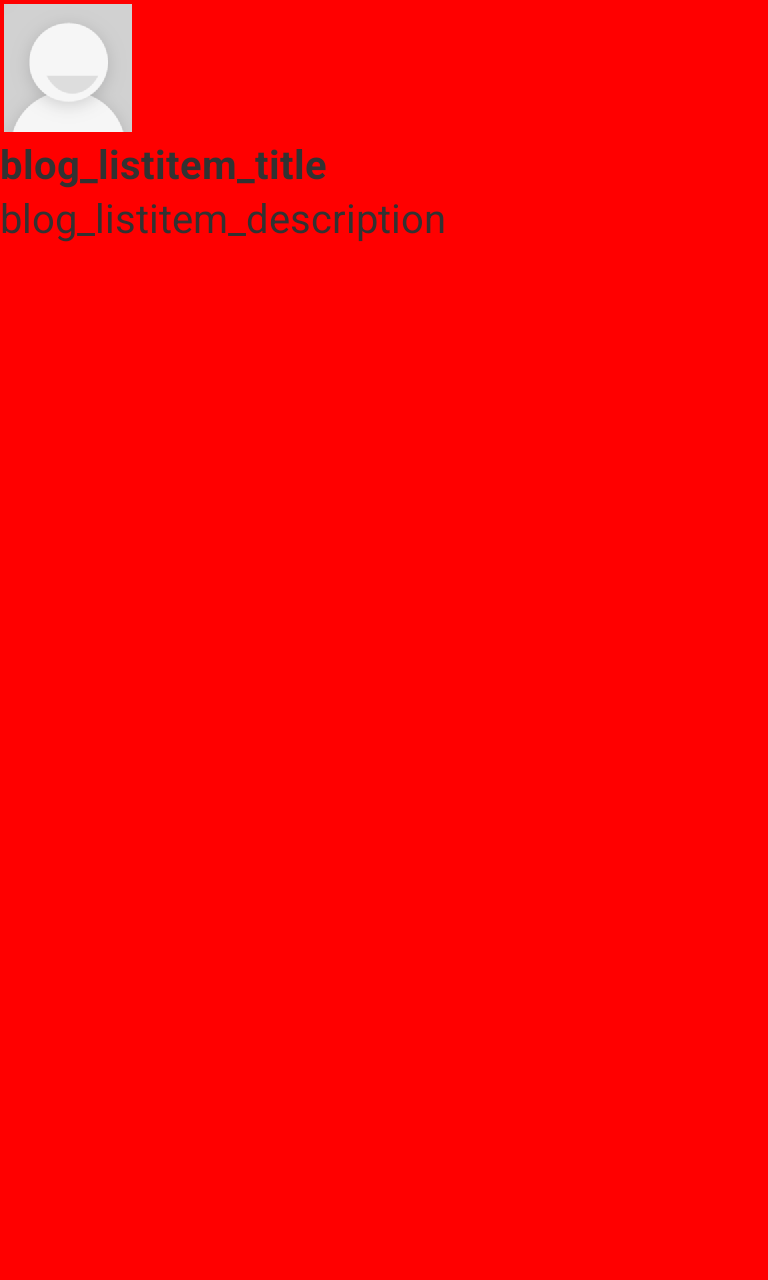
Repository: DeKaaskop/Android_1
Layout: Blogger_Inholland/res/layout/blog_listitem.xml
These files come from the project's save history. The layout is drawn as it stood at one moment and after a run of saves; the edit follows.
It is drawn on a 768 x 1280 px phone screen (xhdpi) without system bars, with theme AppTheme; the app's code is not run. The app's manifest (not shown) leaves right-to-left support off. So textAlignment, textDirection and layoutDirection are ignored, and left and right values win over start and end ones.

Above is the layout before, as saved 2015-01-26 21:57:19.

### Blogger_Inholland/res/layout/blog_listitem.xml
<?xml version="1.0" encoding="utf-8"?>
<LinearLayout xmlns:android="http://schemas.android.com/apk/res/android"
    android:id="@+id/blog_listitem"
    android:layout_width="match_parent"
    android:layout_height="wrap_content"
    android:background="#FF0000"
    android:orientation="vertical" >

    <ImageView
        android:id="@+id/blog_listitem_image"
        android:layout_width="wrap_content"
        android:layout_height="wrap_content"
        android:layout_marginTop="2dp"
        android:layout_marginStart="2dp"
        android:layout_marginLeft="2dp"
        android:layout_marginBottom="2dp"
        android:contentDescription="@string/image_description"
        android:src="@drawable/photo_default" />

    <TextView
        android:id="@+id/blog_listitem_title"
        android:layout_width="match_parent"
        android:layout_height="wrap_content"
        android:textSize="20sp"
        android:textStyle="bold"

        android:text="blog_listitem_title" />

    <TextView
        android:id="@+id/blog_listitem_description"
        android:layout_width="match_parent"
        android:layout_height="wrap_content"
        android:textSize="20sp"

        android:text="blog_listitem_description" />

</LinearLayout>

### Blogger_Inholland/res/values/strings.xml
<?xml version="1.0" encoding="utf-8"?>
<resources>

    <string name="app_name">Blogger Inholland</string>
    <string name="title_activity_main">Blogger App</string>

    <!-- Bloglist Page -->
    <string name="image_description">Image</string>


    <!-- About Page -->
    <string name="title_activity_about">About</string>
    <string name="about_text">Lorem ipsum dolor sit amet, consectetur adipiscing elit. Integer gravida, elit ac ornare faucibus, risus purus dictum metus, venenatis ornare leo odio ut lectus. Suspendisse facilisis lectus auctor tortor imperdiet pretium. Proin non mi est, sit amet scelerisque mauris. Proin nunc arcu, viverra a consequat at, commodo sed justo. Nullam dignissim fringilla tortor, id pulvinar odio hendrerit et. Phasellus est nisl, consequat et mattis sed, scelerisque id mi. Nullam laoreet orci eros. Class aptent taciti sociosqu ad litora torquent per conubia nostra, per inceptos himenaeos. Class aptent taciti sociosqu ad litora torquent per conubia nostra, per inceptos himenaeos. Ut sit amet volutpat ligula. Aenean lacus tortor, feugiat eget interdum vel, auctor eu eros.
								Morbi velit diam, lobortis ac aliquam ut, suscipit at ipsum. Morbi imperdiet auctor mauris suscipit mattis. Curabitur interdum diam vestibulum est scelerisque semper. Nullam adipiscing feugiat mauris ut luctus. Donec ut posuere augue. Nam a pellentesque lacus. Morbi tempus, leo et fringilla imperdiet, dolor nisl ultricies diam, et egestas est eros non augue. Duis nec tortor dolor. Integer quis ligula purus. Nulla facilisi. Sed quis est vitae ligula auctor ut non nisi. Pellentesque vitae felis ut lectus semper laoreet in sit amet enim. Cras blandit condimentum leo, vitae venenatis felis vestibulum quis. Nunc lacinia scelerisque luctus. Pellentesque habitant morbi tristique senectus et netus et malesuada fames ac turpis egestas. Sed semper luctus magna ac imperdiet. Ut volutpat magna sed purus feugiat bibendum. Fusce quis ligula non tortor egestas scelerisque vitae quis nunc. Vestibulum pretium urna a neque ultrices condimentum. Morbi vitae libero lacus. Quisque mi ligula, vulputate ut ultrices vitae, ultrices quis mi. Sed lectus urna, euismod quis gravida nec, pharetra id tortor. Nam ultricies pulvinar magna non consectetur. Maecenas dignissim nulla porttitor dolor consequat molestie.</string>

    <!-- Profile Page -->
    <string name="title_activity_profile">Profile</string>
    <string name="profile_username">Jan</string>
    <string name="profile_description">Jan is de man!</string>
    <string name="profile_image_contentdescription">Profile picture</string>
    <string name="profile_edit_icon_title">Edit</string>

    <!-- Profile Edit Page -->
    <string name="title_activity_profile_edit">Profile Edit </string>
    <string name="profile_edit_username">Username</string>
    <string name="profile_edit_description">Description</string>
    <string name="profile_edit_description_profilepicture">Your profilepicture</string>
    <string name="profile_edit_save">Save</string>
    <string name="profile_save_edit_icon_title">Save</string>

    <!--  -->
    <string name="title_activity_post">New Post </string>
    <string name="post_edittext_title">Title!</string>
    <string name="post_edittext_description">Description!</string>
    <string name="btn_newpost_title">Post</string>
    <string name="post_iv_contentdescription">Search picture from gallery</string>
    <string name="title_activity_blogs">Posts</string>

    <!--
    <string name="add_message_title2">Choose Image</string>
    <string name="add_message_from_camera">From Camera</string>
    <string name="add_message_from_sd_card">From Sd Card</string>
     -->


</resources>

Loaded but not shown: Blogger_Inholland/res/values/styles.xml (common file); Blogger_Inholland/res/values-v11/styles.xml (common file); Blogger_Inholland/res/values-v14/styles.xml (common file)

After the next 4 saves:
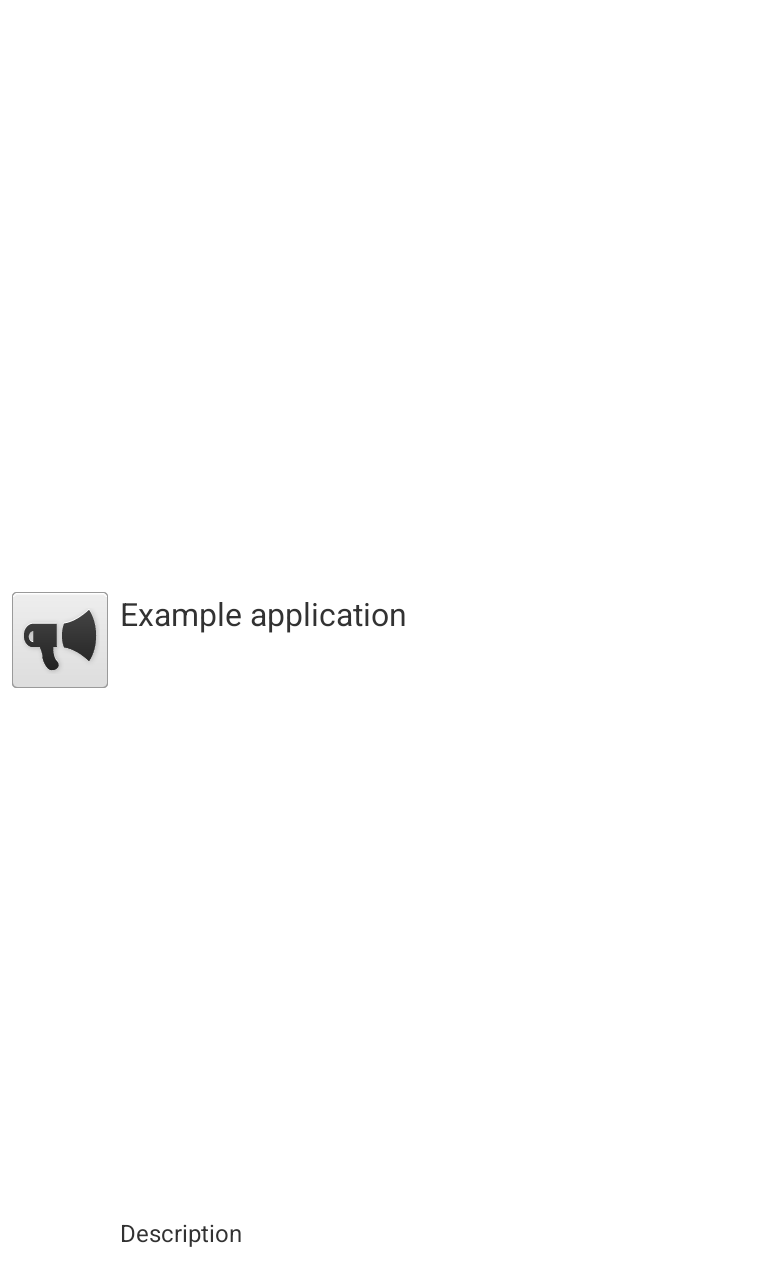
The 4 saves are shown as one change because 3 did not build or start.
The last was saved 9 min 38 s later.
--- a/Blogger_Inholland/res/layout/blog_listitem.xml
+++ b/Blogger_Inholland/res/layout/blog_listitem.xml
@@ -1,37 +1,41 @@
-<?xml version="1.0" encoding="utf-8"?>
-<LinearLayout xmlns:android="http://schemas.android.com/apk/res/android"
-    android:id="@+id/blog_listitem"
-    android:layout_width="match_parent"
-    android:layout_height="wrap_content"
-    android:background="#FF0000"
-    android:orientation="vertical" >
+<RelativeLayout xmlns:android="http://schemas.android.com/apk/res/android"
+    android:layout_width="fill_parent"
+    android:layout_height="?android:attr/listPreferredItemHeight"
+    android:padding="6dip" >
 
     <ImageView
         android:id="@+id/blog_listitem_image"
         android:layout_width="wrap_content"
-        android:layout_height="wrap_content"
-        android:layout_marginTop="2dp"
-        android:layout_marginStart="2dp"
-        android:layout_marginLeft="2dp"
-        android:layout_marginBottom="2dp"
-        android:contentDescription="@string/image_description"
-        android:src="@drawable/photo_default" />
+        android:layout_height="fill_parent"
+        android:layout_alignParentBottom="true"
+        android:layout_alignParentTop="true"
+        android:layout_marginRight="6dip"
+        android:contentDescription="TODO"
+        android:src="@drawable/ic_launcher" />
 
     <TextView
         android:id="@+id/blog_listitem_title"
-        android:layout_width="match_parent"
-        android:layout_height="wrap_content"
-        android:textSize="20sp"
-        android:textStyle="bold"
-
-        android:text="blog_listitem_title" />
+        android:layout_width="fill_parent"
+        android:layout_height="26dip"
+        android:layout_alignParentBottom="true"
+        android:layout_alignParentRight="true"
+        android:layout_toRightOf="@id/blog_listitem_image"
+        android:ellipsize="marquee"
+        android:singleLine="true"
+        android:text="Description"
+        android:textSize="12sp" />
 
     <TextView
         android:id="@+id/blog_listitem_description"
-        android:layout_width="match_parent"
+        android:layout_width="fill_parent"
         android:layout_height="wrap_content"
-        android:textSize="20sp"
+        android:layout_above="@id/blog_listitem_title"
+        android:layout_alignParentRight="true"
+        android:layout_alignParentTop="true"
+        android:layout_alignWithParentIfMissing="true"
+        android:layout_toRightOf="@id/blog_listitem_image"
+        android:gravity="center_vertical"
+        android:text="Example application"
+        android:textSize="16sp" />
 
-        android:text="blog_listitem_description" />
-
-</LinearLayout>
+</RelativeLayout>
